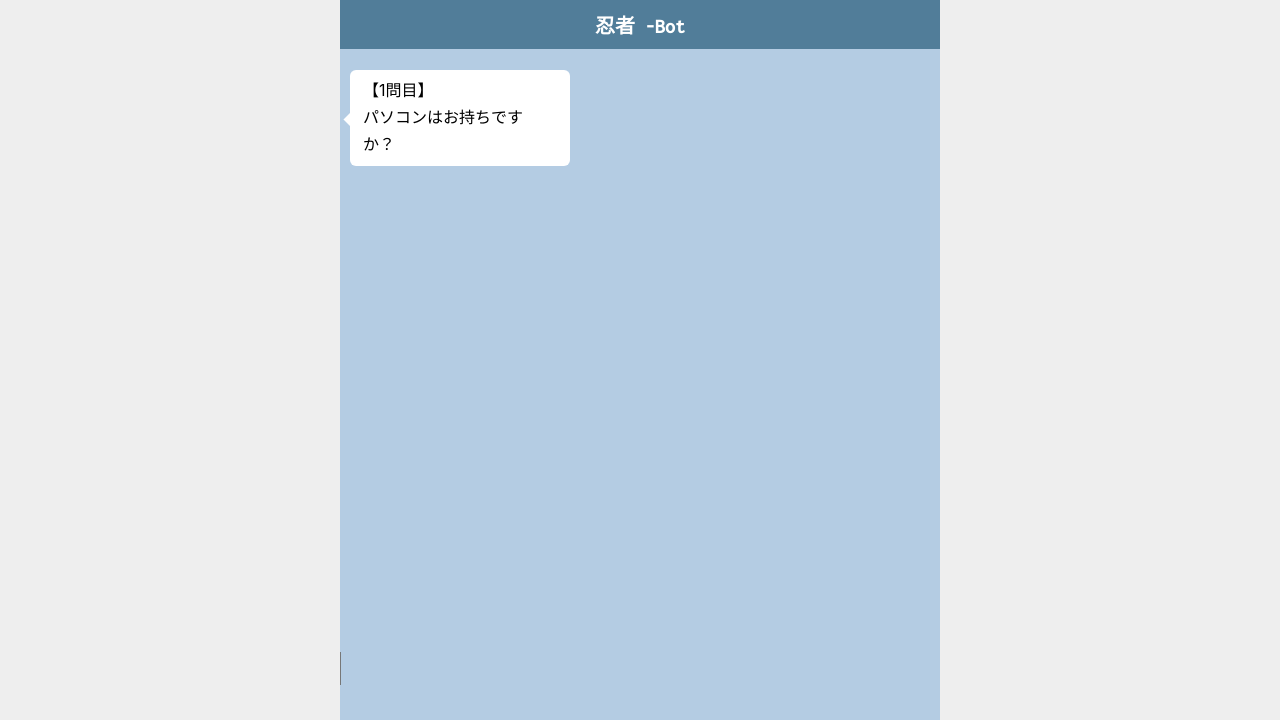
Repository: t0chan/bot
Page: index.html
The author's editor kept a copy of each file at every save. The page is drawn from the files as they stood at one save, then again after the next save.
The browser window is 1280 px wide. The pictures show the whole page.
An inner scrolling area shows only its first screen.

Above is the page before, as saved 2021-11-04 18:11:31.

### index.html
<!DOCTYPE html>
<html lang="ja">
<head>
    <meta charset="UTF-8">
    <meta http-equiv="X-UA-Compatible" content="IE=edge">
    <meta name="viewport" content="width=device-width, initial-scale=1.0">
    <link rel="preconnect" href="https://fonts.googleapis.com">
    <link rel="preconnect" href="https://fonts.gstatic.com" crossorigin>
    <link href="https://fonts.googleapis.com/css2?family=Inconsolata:wght@500&display=swap" rel="stylesheet">
    <link rel="stylesheet" href="style.css">
    <title>忍者bot</title>
</head>
<body>
   <div class="wrapper">
       <h1>忍者 -Bot</h1>

       <!-- 画面 -->
       <div id="chat-field">
           <ul id="chat-ul">
           </ul>
       </div>
       <!-- 入力場所、送信ボタン -->
       <div id="input-field">
           <ul id="select-list">
           </ul>
       </div>
   </div>
   <script src="https://code.jquery.com/jquery-3.5.0.js"></script>
   <script src="questions.js"></script>
   <script src="main.js"></script>
</body>
</html>

### style.css
* {
    margin: 0;
    padding: 0;
    list-style: none;
    box-sizing: border-box;
    font-family: -apple-system, BlinkMacSystemFont, "Helvetica Neue", YuGothic, "ヒラギノ角ゴ ProN W3", Hiragino Kaku Gothic ProN, Arial, "メイリオ", Meiryo, sans-serif;
}

body {
    background: #eee;
}

img {
    width: 100%;
    height: auto;
}

.wrapper {
    max-width: 600px;
    margin: 0 auto;
}
h1 {
    position: fixed;
    top: 0;
    left: 50%;
    transform: translateX(-50%);
    max-width: 600px;
    width: 100%;
    z-index: 10;
    padding: 10px 0;
    text-align: center;
    background: #517D99;
    color: #fff;
    font-size: 20px;
    font-family: 'Inconsolata', monospace;
}

#chat-field{
    height: 100vh;
    padding: 70px 0 140px 0;
    background-color: #B4CCE3;
    overflow-x: hidden;
    overflow-y: scroll;
    -webkit-overflow-scrolling: touch;
  }
#chat-field::-webkit-scrollbar {
    display:none;
  }

#chat-ul {
    display: flex;
    flex-direction: column;
    padding-bottom: 50px;
}

#chat-ul li {
    background-color: #fff;
    position: relative;
    margin: 0 auto 10px 10px;
    word-wrap: break-word;
    display: inline-block;
    border-radius: 6px;
    min-height: 30px;
    max-width: 220px;
    padding: 7px 18px 7px 13px;
    line-height: 1.7em;

}
#chat-ul li::before {
    position: absolute;
    content: "";
    height: 10px;
    width: 10px;
    top: 50%;
    left: -8px;
    transform: rotate(45deg) translateY(-50%);
    background-color: #fff;

}

#chat-ul li:nth-child(even) {
    margin: 0 10px 10px auto;
    background-color: #a4e496;
}

#chat-ul li:nth-child(even)::before {
    background-color: #a4e496;
    left: calc(100% - 8px);
}

#input-field {
  position: fixed;
  width: 100vw;
  overflow: scroll;
  bottom: 35px;
  box-sizing: border-box;
  border-left: 1px solid #777;
  border-right: 1px solid #777;
  margin: 0 auto;
}

#select-list {
    display: flex;
    margin: 0 10px;
    transform: translateY(100%);
    width: max-content;
    animation: slideIn 0.2s linear 0.2s 1 forwards;
}

#select-list li {
    background-color: #686262;
    color: #fff;
    padding: 4px 13px 5px 13px;
    border-radius: 20px;
    margin-right: 8px;

}

#select-list li:last-child {
    margin-right: 0;
}

### questions.js
const questions = [
    {
        'title':'【1問目】<br>パソコンはお持ちですか？',
        'list':['はい','買う予定','今後も持たない']
      },
      {
        'title':'【2問目】<br>プログラミングの経験はありますか？',
        'list':['ある','少しある','全く無い']
      },
      {
        'title':'【3問目】<br>今後自分で何かを作りたいですか？',
        'list':['作りたい','出来るなら作りたい','作りたくない']
      },
      {
        'title':'【4問目】<br>プログラミングを仕事にしたいですか？',
        'list':['したい','趣味で良い','したくない']
      },
      {
        'title':'【5問目】<br>副業としてWeb制作を考えていますか？',
        'list':['考えている','少し考えている','全く考えていない']
      }
];

### main.js
$(() => {
    class Chat {
        constructor() {
          this.count = 0;//何問めかのカウント
          this.logs = [];//ユーザーがクリックした履歴

        }
        output() {
            if (this.count < questions.length) {

                this.textPush(questions[this.count]['title']);
                setTimeout(() => {
                    questions[this.count]['list'].forEach((text, index)=> {
                        $('#select-list').append(`<li data-number="${index+1}">${text}</li>`);
                    });
                },400);
            }else {
                console.log('結果発表～～～！');
            }
        }
        textPush(text) {
            $('#chat-ul').append(`<li>${text}</li>`);
        }
        answer() {
            $('body').on('click','#select-list li', (e) => {
                this.textPush($(e.target).text());
                this.logs[this.count] =Number( $(e.target).attr('data-number'));
                this.count++;
                setTimeout(() => {
                    $('#select-list li').remove();
                    this.output();
                    this.positioning();
                },1000);
            });
        }
        positioning() {
            $('#chat-field').animate({
                scrollTop:$('#chat-ul').height()
            }, 800, 'swing')
        }

    }

    const chat = new Chat();
    chat.output();
    chat.answer();
});

After the next save:
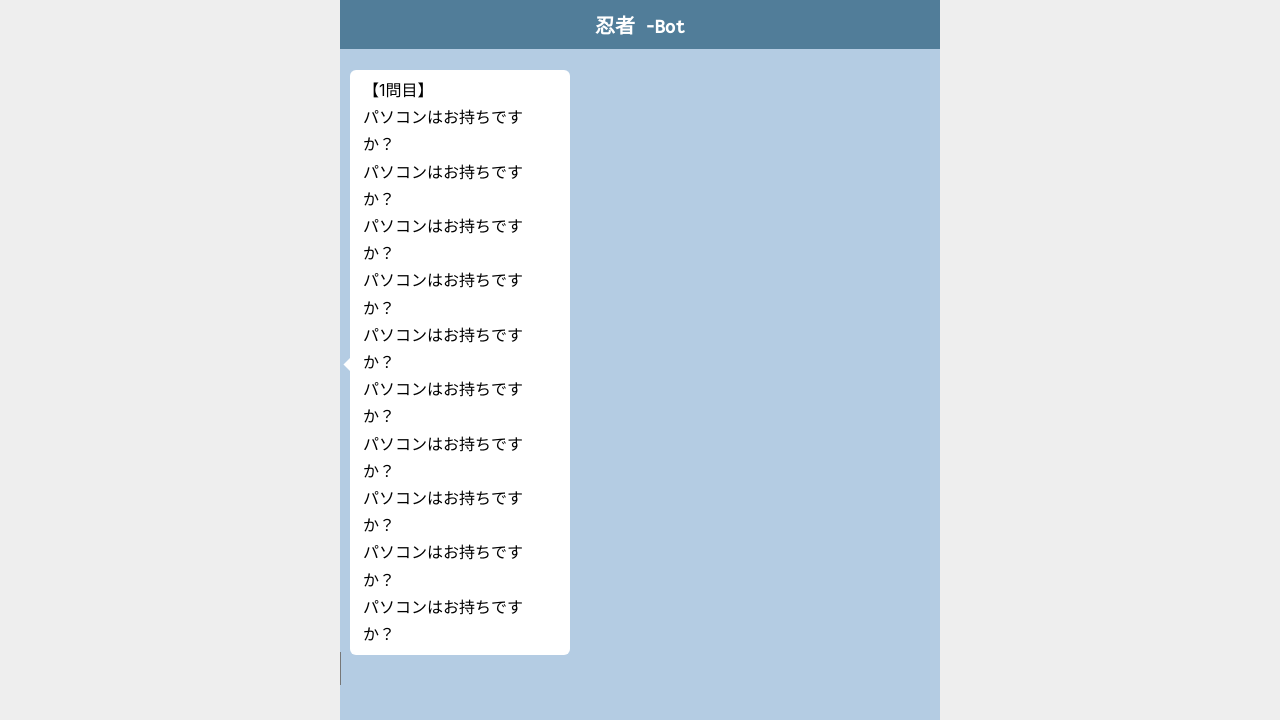
Saved 26 s later.
--- a/questions.js
+++ b/questions.js
@@ -1,6 +1,6 @@
 const questions = [
     {
-        'title':'【1問目】<br>パソコンはお持ちですか？',
+        'title':'【1問目】<br>パソコンはお持ちですか？<br>パソコンはお持ちですか？<br>パソコンはお持ちですか？<br>パソコンはお持ちですか？<br>パソコンはお持ちですか？<br>パソコンはお持ちですか？<br>パソコンはお持ちですか？<br>パソコンはお持ちですか？<br>パソコンはお持ちですか？<br>パソコンはお持ちですか？',
         'list':['はい','買う予定','今後も持たない']
       },
       {

After the 2 saves that followed:
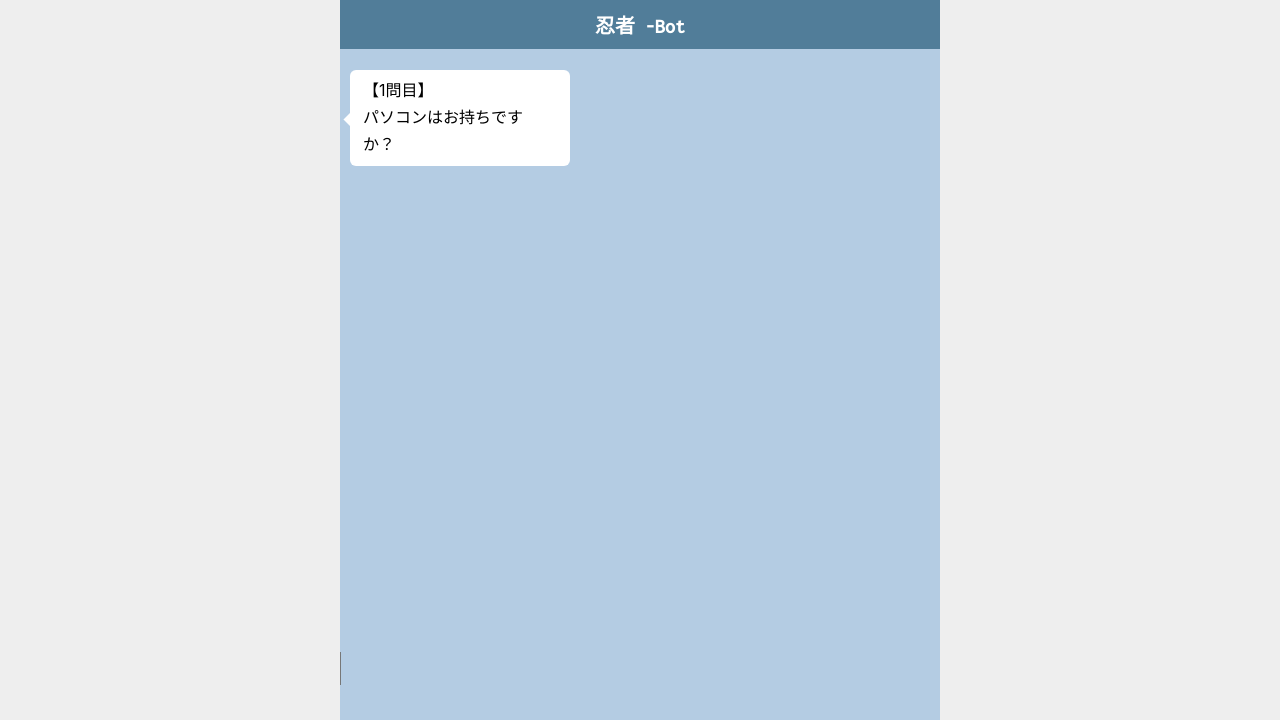
The 2 saves are shown as one change because 1 left the picture as it was.
The last was saved 75 s later.
--- a/questions.js
+++ b/questions.js
@@ -1,22 +1,22 @@
 const questions = [
-    {
-        'title':'【1問目】<br>パソコンはお持ちですか？<br>パソコンはお持ちですか？<br>パソコンはお持ちですか？<br>パソコンはお持ちですか？<br>パソコンはお持ちですか？<br>パソコンはお持ちですか？<br>パソコンはお持ちですか？<br>パソコンはお持ちですか？<br>パソコンはお持ちですか？<br>パソコンはお持ちですか？',
-        'list':['はい','買う予定','今後も持たない']
-      },
-      {
-        'title':'【2問目】<br>プログラミングの経験はありますか？',
-        'list':['ある','少しある','全く無い']
-      },
-      {
-        'title':'【3問目】<br>今後自分で何かを作りたいですか？',
-        'list':['作りたい','出来るなら作りたい','作りたくない']
-      },
-      {
-        'title':'【4問目】<br>プログラミングを仕事にしたいですか？',
-        'list':['したい','趣味で良い','したくない']
-      },
-      {
-        'title':'【5問目】<br>副業としてWeb制作を考えていますか？',
-        'list':['考えている','少し考えている','全く考えていない']
-      }
+     {
+    'title':'【1問目】<br>パソコンはお持ちですか？',
+    'list':['はい','買う予定','今後も持たない']
+  },
+  {
+    'title':'【2問目】<br>プログラミングの経験はありますか？',
+    'list':['ある','少しある','全く無い']
+  },
+  {
+    'title':'【3問目】<br>今後自分で何かを作りたいですか？',
+    'list':['作りたい','出来るなら作りたい','作りたくない']
+  },
+  {
+    'title':'【4問目】<br>プログラミングを仕事にしたいですか？',
+    'list':['したい','趣味で良い','したくない']
+  },
+  {
+    'title':'【5問目】<br>副業としてWeb制作を考えていますか？',
+    'list':['考えている','少し考えている','全く考えていない']
+  }
 ];
